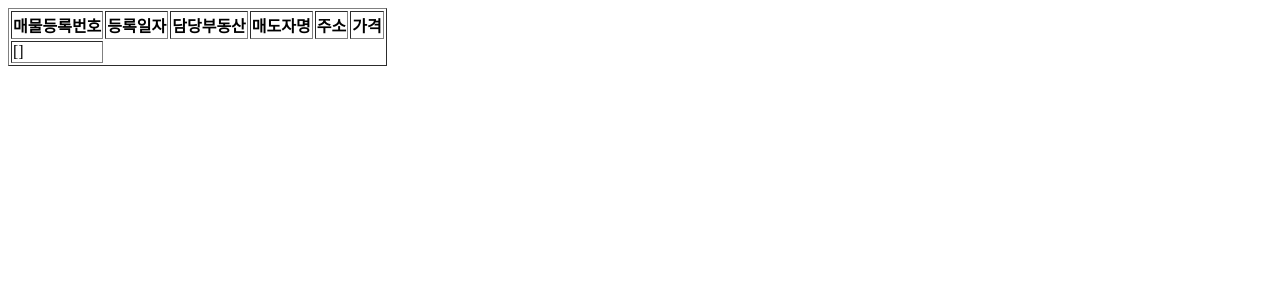
Repository: Leekm0912/2-1_JSP-DB_Project
Page: http://localhost/WebTest/DB/DBTest.jsp
The author's editor kept a copy of each file at every save. The page is drawn from the files as they stood at one save, then again after the next save.
The browser window is 1280 px wide. The pictures show the whole page.
The page is served by Tomcat 9. Queries for data that is not in the repository find no rows.

Above is the page before, as saved 2020-06-10 01:51:53.

After the next save:
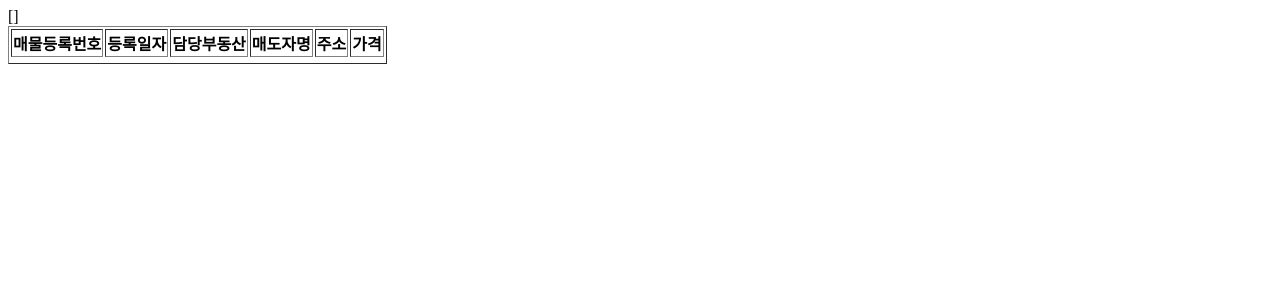
Saved 34 s later.
--- a/WebTest/WebContent/DB/DBTest.jsp
+++ b/WebTest/WebContent/DB/DBTest.jsp
@@ -57,7 +57,7 @@
 		</tr>
 		<tr>
 			<c:forEach var="i" items="${ row1 }">
-				<td>${ i }</td>
+				<tr>${ i }</tr>
 			</c:forEach>
 		</tr>
 

After the 2 saves that followed:
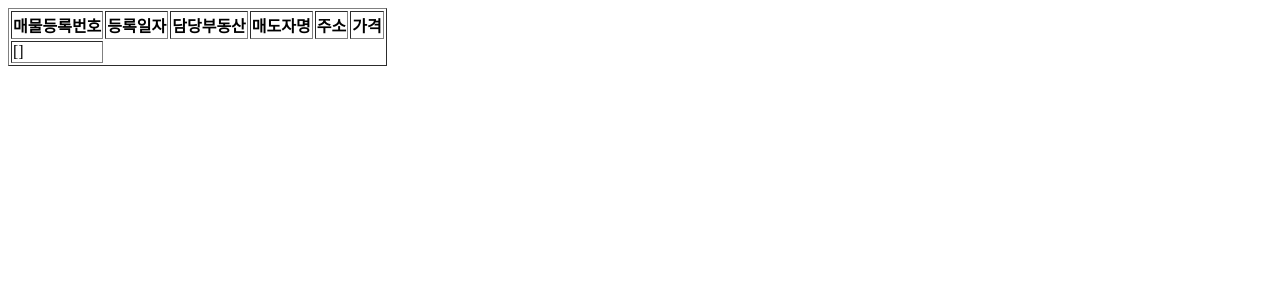
The 2 saves are shown as one change because 1 did not build or start.
The last was saved 13 s later.
--- a/WebTest/WebContent/DB/DBTest.jsp
+++ b/WebTest/WebContent/DB/DBTest.jsp
@@ -57,7 +57,7 @@
 		</tr>
 		<tr>
 			<c:forEach var="i" items="${ row1 }">
-				<tr>${ i }</tr>
+				<td>${ i }</td>
 			</c:forEach>
 		</tr>
 
